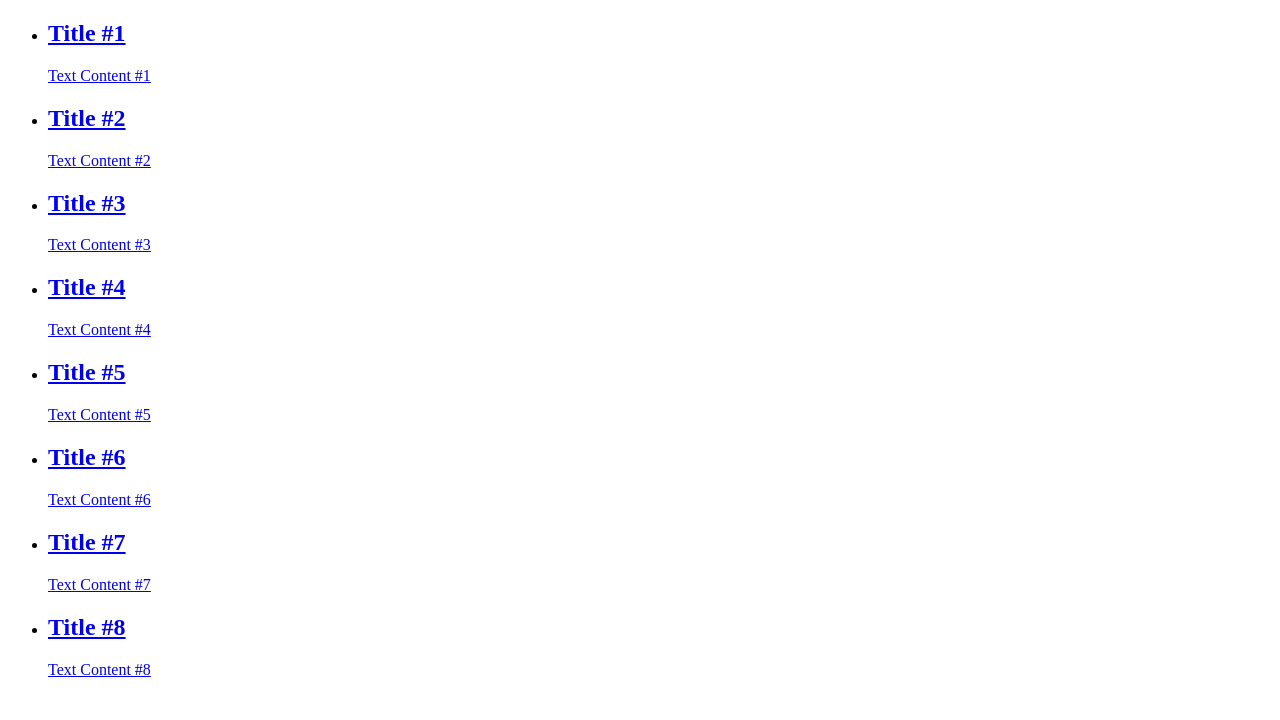
Repository: dev-singh-kanyal/Archive-git_github
Page: index.html
These files come from the project's save history. The page is drawn as it stood at one moment and after a run of saves; the edit follows.
The browser window is 1280 px wide. The pictures show the whole page.

Above is the page before, as saved 2022-06-24 15:17:46.

### index.html
<!DOCTYPE html>
<html lang="en">
<head>
    <meta charset="UTF-8">
    <meta http-equiv="X-UA-Compatible" content="IE=edge">
    <meta name="viewport" content="width=device-width, initial-scale=1.0">
    <title>Git and GitHub</title>
</head>
<body>
    <ul>
        <li>
          <a href="#" contenteditable>
            <h2>Title #1</h2>
            <p>Text Content #1</p>
          </a>
        </li>
        <li>
          <a href="#" contenteditable>
            <h2>Title #2</h2>
            <p>Text Content #2</p>
          </a>
        </li>
        <li>
          <a href="#" contenteditable>
            <h2>Title #3</h2>
            <p>Text Content #3</p>
          </a>
        </li>
        <li>
          <a href="#" contenteditable>
            <h2>Title #4</h2>
            <p>Text Content #4</p>
          </a>
        </li>
        <li>
          <a href="#" contenteditable>
            <h2>Title #5</h2>
            <p>Text Content #5</p>
          </a>
        </li>
        <li>
          <a href="#" contenteditable>
            <h2>Title #6</h2>
            <p>Text Content #6</p>
          </a>
        </li>
        <li>
          <a href="#" contenteditable>
            <h2>Title #7</h2>
            <p>Text Content #7</p>
          </a>
        </li>
        <li>
          <a href="#" contenteditable>
            <h2>Title #8</h2>
            <p>Text Content #8</p>
          </a>
        </li>
      </ul>
</body>
</html>

After the next 4 saves:
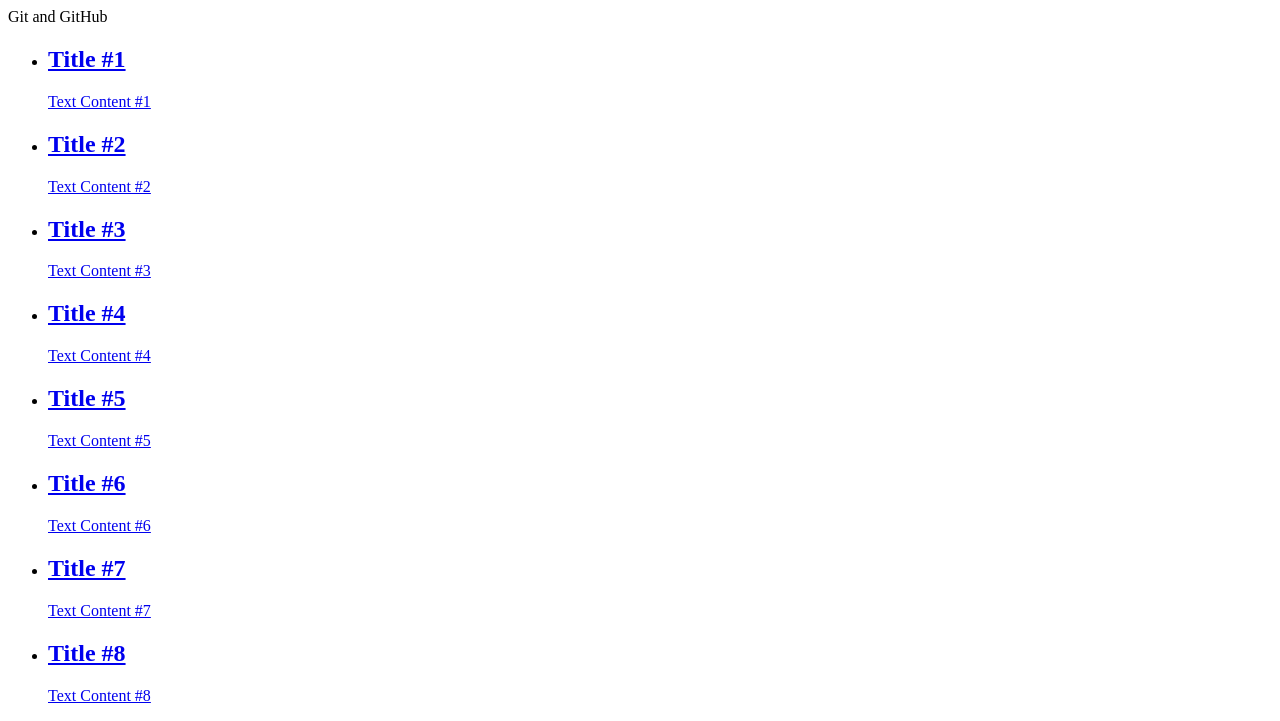
The 4 saves are shown as one change because they came seconds apart.
The last was saved 26 s later.
--- a/index.html
+++ b/index.html
@@ -4,6 +4,7 @@
     <meta charset="UTF-8">
     <meta http-equiv="X-UA-Compatible" content="IE=edge">
     <meta name="viewport" content="width=device-width, initial-scale=1.0">
+    <link rel=""
     <title>Git and GitHub</title>
 </head>
 <body>
